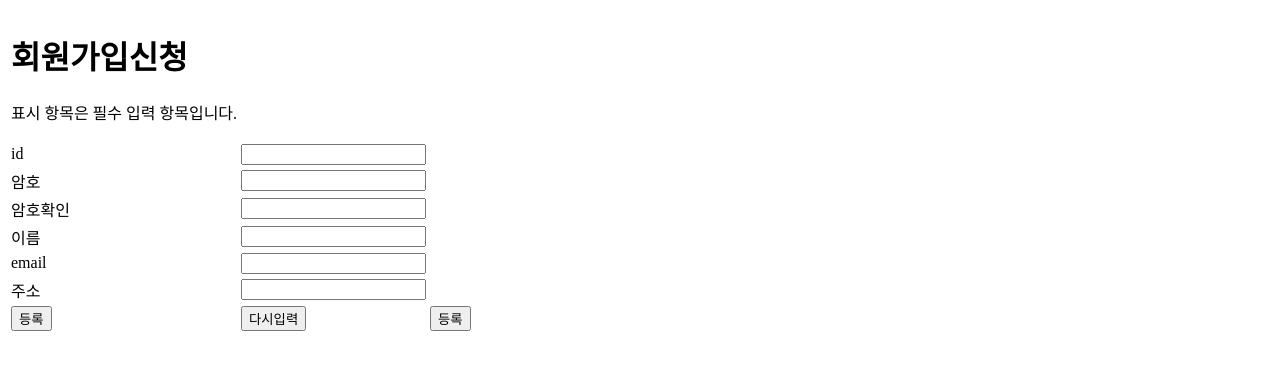
Repository: lch901/webStudy
Page: http://localhost/beanPro/register.jsp
These files come from the project's save history. The page is drawn as it stood at one moment and after the next save; the edit follows.
The browser window is 1280 px wide. The pictures show the whole page.
The page is served by Tomcat 9.

Above is the page before, as saved 2020-08-25 00:36:54.

After the next save:
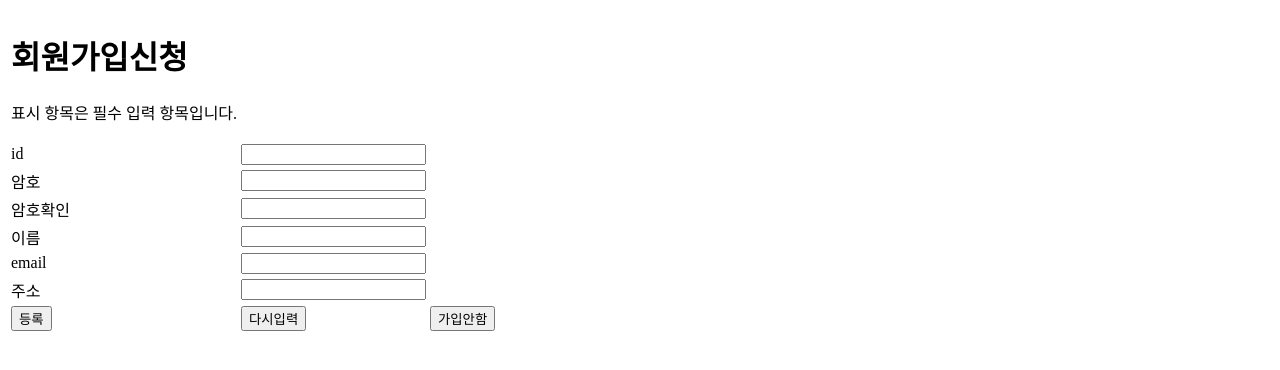
Saved 61 s later.
--- a/beanPro/WebContent/register.jsp
+++ b/beanPro/WebContent/register.jsp
@@ -21,7 +21,7 @@
 			<tr>
 				<td><input type="submit" value="등록"></td>
 				<td><input type="reset" value="다시입력"></td>
-				<td><input type="submit" value="등록"></td>
+				<td><input type="button" value="가입안함" onclick="location.href='login.jsp'"></td>
 			</tr>
 		</table>
 	</form>
